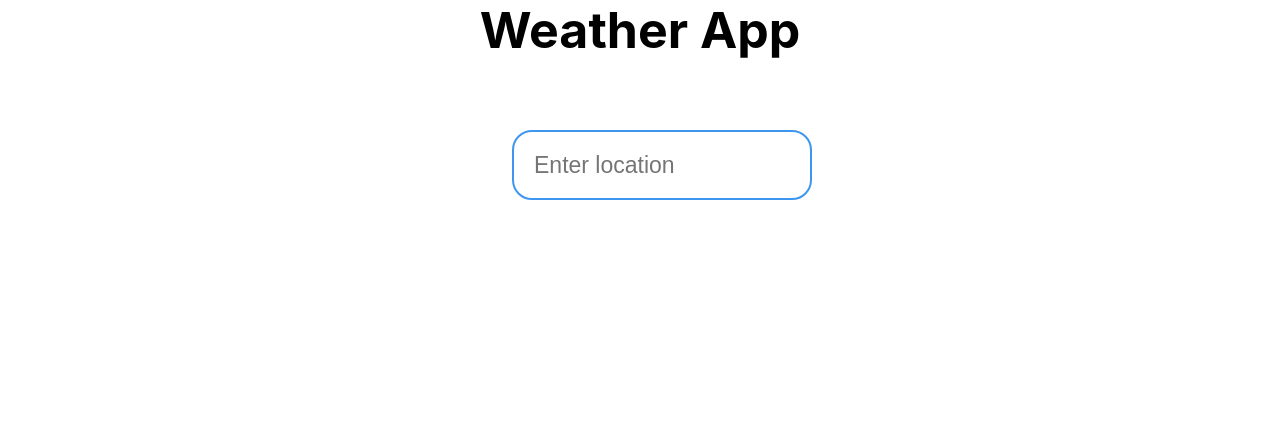
Repository: RenataDzotova/WeatherForecast
Page: /
The author's editor kept a copy of each file at every save. The page is drawn from the files as they stood at one save, then again after the next save.
The browser window is 1280 px wide. The pictures show the whole page.
The project was rebuilt for these pictures with package versions that can differ from the ones it lists, and the page was loaded fresh each time. The framework's server and built-in components were replaced by stand-ins that run in the browser. Also part of the build but not shown: next.config.js, styles/Home.module.css.

Above is the page before, as saved 2023-01-19 14:12:01.

After the next save:
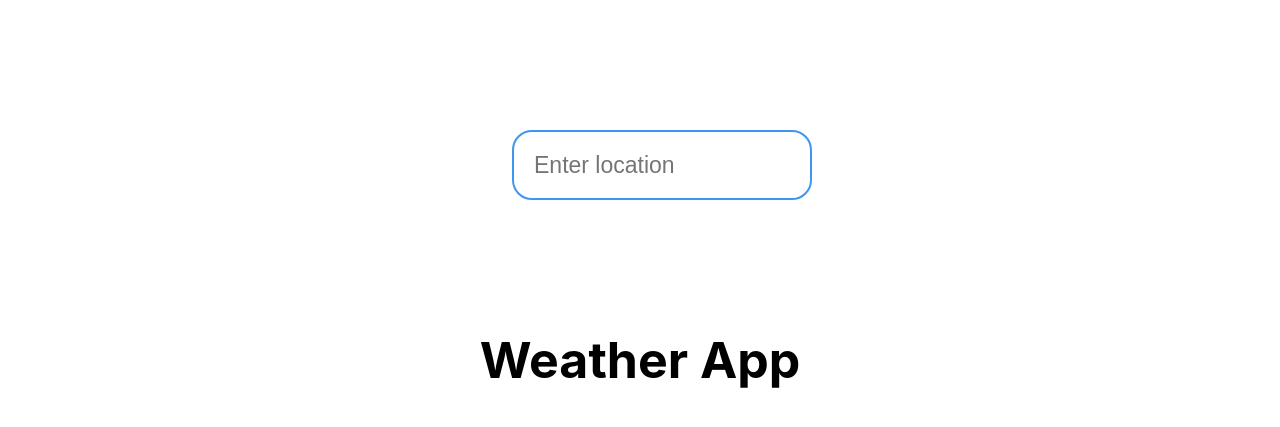
Saved 51 s later.
--- a/pages/index.js
+++ b/pages/index.js
@@ -51,7 +51,7 @@
         <link href="https://fonts.googleapis.com/css2?family=Alef:wght@700&family=Besley:wght@400;500;600;700&family=Signika+Negative:wght@300;400;500;600;700&display=swap" rel="stylesheet"></link> */}
       </Head>
 
-      <main>
+      <Wrapper>
         {errorMessage}
         <FlexBox>
           <Text fontSize="50px" fontWeight="bold">
@@ -114,7 +114,7 @@
             )
           })
         }
-      </main>
+      </Wrapper>
 
       {/* <footer className={styles.footer}>
         <a

After the 3 saves that followed:
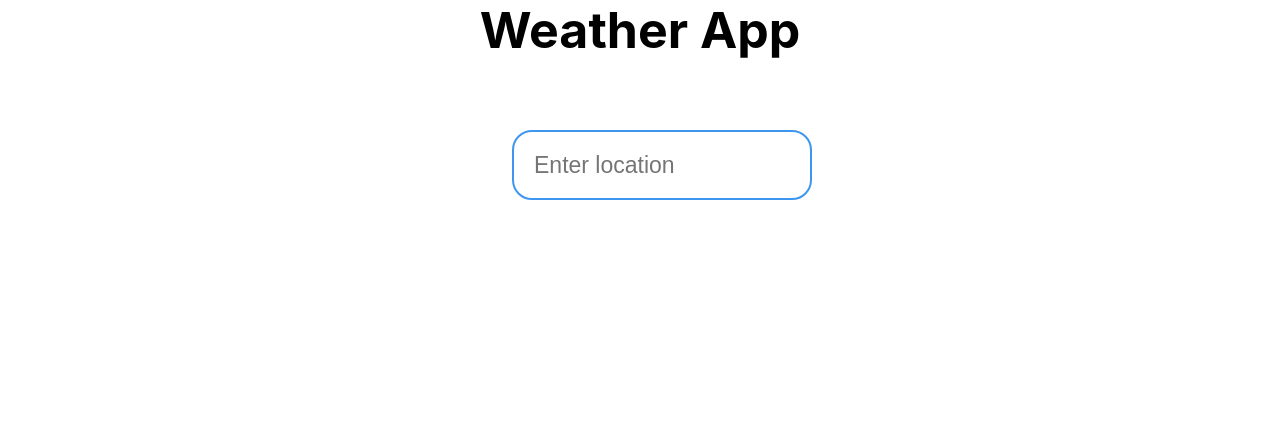
The 3 saves are shown as one change because 1 did not build or start and 1 left the picture as it was.
The last was saved 90 s later.
--- a/pages/index.js
+++ b/pages/index.js
@@ -51,7 +51,7 @@
         <link href="https://fonts.googleapis.com/css2?family=Alef:wght@700&family=Besley:wght@400;500;600;700&family=Signika+Negative:wght@300;400;500;600;700&display=swap" rel="stylesheet"></link> */}
       </Head>
 
-      <Wrapper>
+      <main>
         {errorMessage}
         <FlexBox>
           <Text fontSize="50px" fontWeight="bold">
@@ -114,7 +114,7 @@
             )
           })
         }
-      </Wrapper>
+      </main>
 
       {/* <footer className={styles.footer}>
         <a
